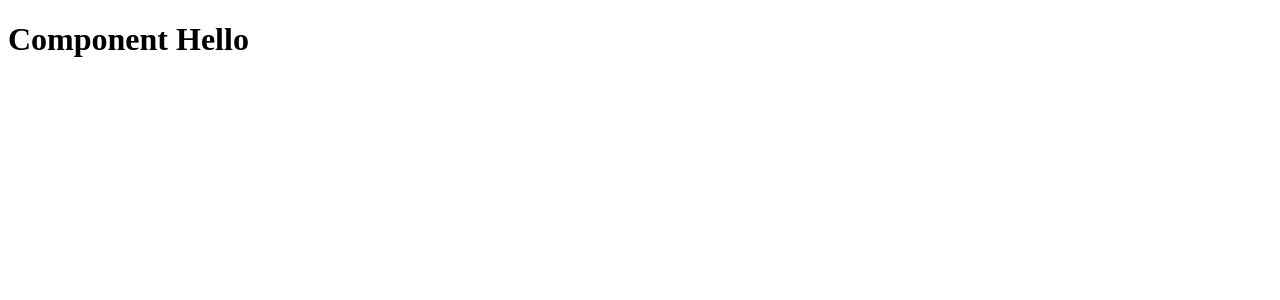
Repository: crdpc/dsdeliver
Page: /orders (app in front-web/)
These files come from the project's save history. The page is drawn as it stood at one moment and after the next save; the edit follows.
The browser window is 1280 px wide. The pictures show the whole page.
The project was rebuilt for these pictures with package versions that can differ from the ones it lists, and the page was loaded fresh each time. Also part of the build but not shown: front-web/src/App.css.

Above is the page before, as saved 2021-01-08 22:37:18.

### front-web/src/App.tsx
import './App.css';
import Hello from './Hello';


function App() {
  return (
    <div>
     <Hello message="Carlos Domingues" />
    </div>
  );
}

export default App;

### front-web/src/Hello.tsx
function Hello() {
    return (
        <h1>Component Hello</h1>
    )
}

export default Hello;

Loaded but not shown: front-web/public/index.html (common file); front-web/src/index.tsx (common file)

After the next save:
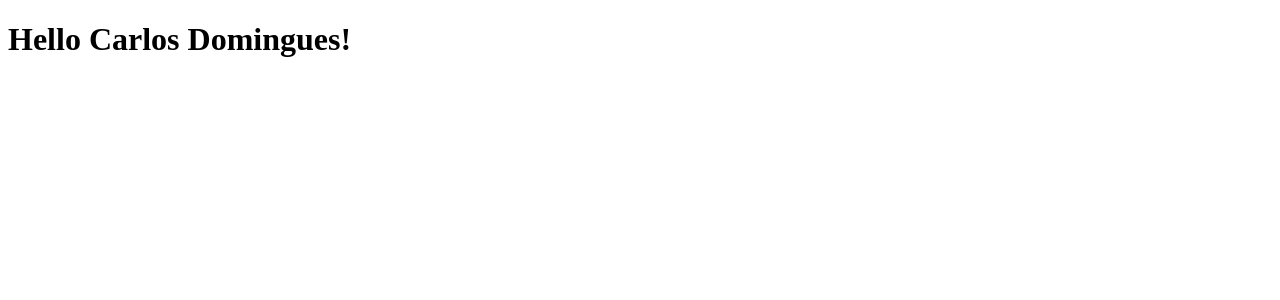
Saved 3 s later.
--- a/front-web/src/Hello.tsx
+++ b/front-web/src/Hello.tsx
@@ -1,6 +1,12 @@
-function Hello() {
+import { type } from "os";
+
+type Props = {
+    message: string;
+}
+
+function Hello({ message }: Props) {
     return (
-        <h1>Component Hello</h1>
+        <h1>Hello {message}!</h1>
     )
 }
 
